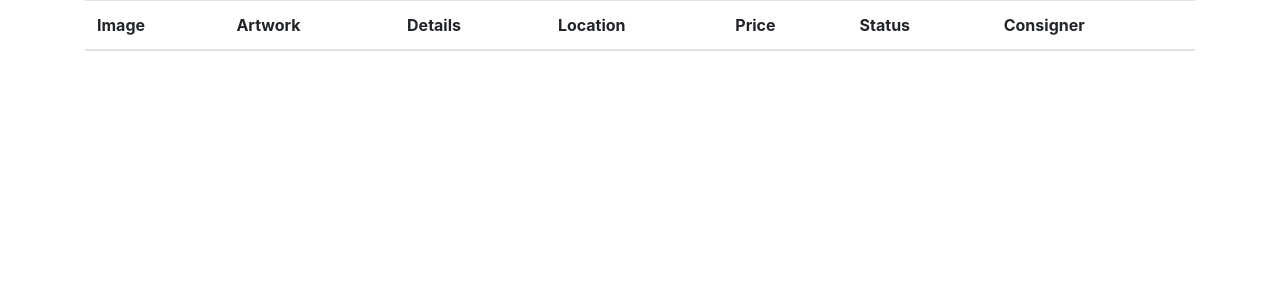
Repository: lynette-lyf/artwork-inventory
Page: http://localhost/
The author's editor kept a record of every edit. The page is drawn from the files as they stood at one moment, then again after the next edit.
The browser window is 1280 px wide. The pictures show the whole page.
The page is served by the project's application, run on Flask 3 (app.py). Queries for data that is not in the repository find no rows.

Above is the page before.

After the next edit:
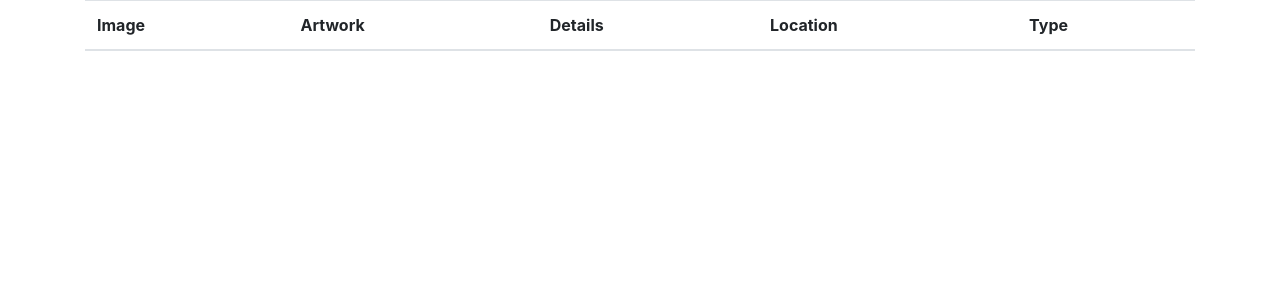
The edit:
--- a/templates/index.template.html
+++ b/templates/index.template.html
@@ -28,13 +28,7 @@
                         Location
                     </th>
                     <th>
-                        Price
-                    </th>
-                    <th>
-                        Status
-                    </th>
-                    <th>
-                        Consigner
+                        Type
                     </th>
                 </tr>
             </thead>
